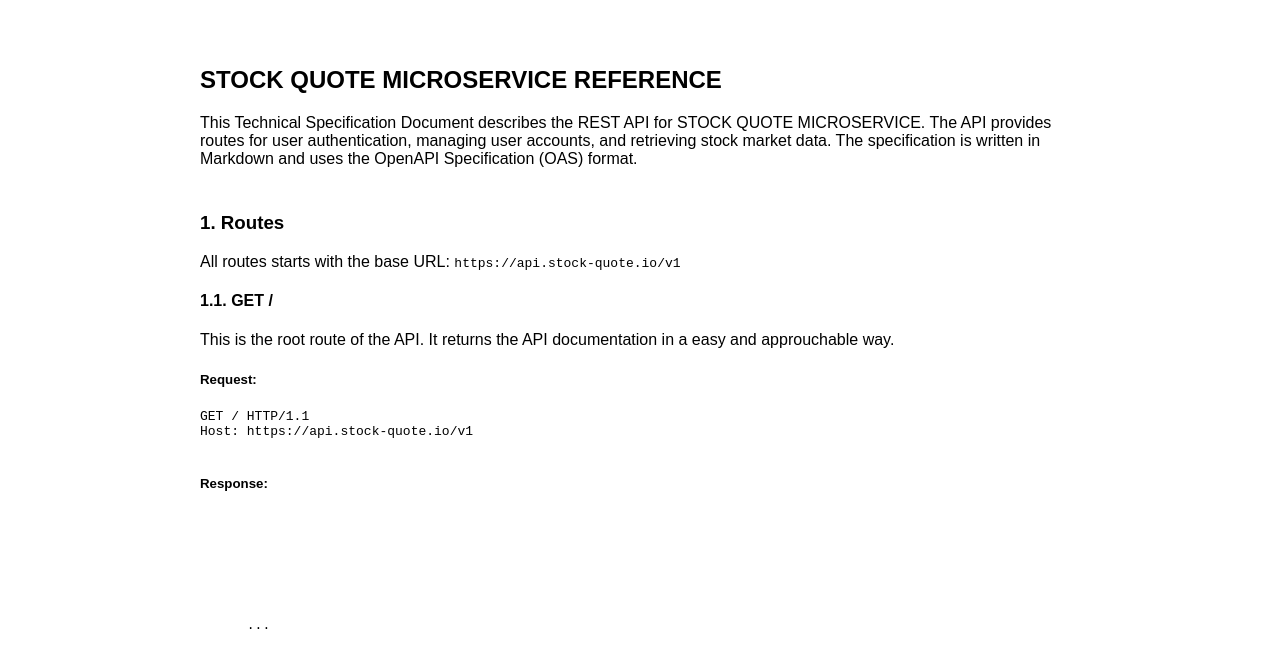
Repository: miguelamello/nest-js
Page: stock-service/reference.html
These files come from the project's save history. The page is drawn as it stood at one moment and after the next save; the edit follows.
The browser window is 1280 px wide. The pictures show the whole page.

Above is the page before, as saved 2023-04-03 13:34:56.

### stock-service/reference.html
<!DOCTYPE html>
<html lang="en">
<head>
  <meta charset="UTF-8">
  <meta http-equiv="X-UA-Compatible" content="IE=edge">
  <meta name="viewport" content="width=device-width, initial-scale=1.0">
  <title>STOCK QUOTE MICROSERVICE</title>
  <style>
    body {
      font-family: Arial, Helvetica, sans-serif;
      padding: 3% 15%;
    }
    h3 {
      margin-top: 5%;
    }
    pre {
      margin: 0;
      overflow: auto;
    }
  </style>
</head>
<body>
  <h2>STOCK QUOTE MICROSERVICE REFERENCE</h2>
  <p>
    This Technical Specification Document describes the REST API for STOCK QUOTE MICROSERVICE.
    The API provides routes for user authentication, managing user accounts, and retrieving stock market data.
    The specification is written in Markdown and uses the OpenAPI Specification (OAS) format.
  </p>

  <p>
    <h3>1. Routes</h3>
    <p>
      All routes starts with the base URL: <code>https://api.stock-quote.io/v1</code>
    </p>
  </p>

  <p>
    <h4>1.1. GET /</h4>
    This is the root route of the API. It returns the API documentation in a easy and approuchable way.
  </p>
  <h5>Request:</h5>
  <pre>
GET / HTTP/1.1
Host: https://api.stock-quote.io/v1
  </pre>

  <h5>Response:</h5>

  <pre>
<!DOCTYPE html>
  <html lang="en">
    <head>
      <meta charset="UTF-8">
      <meta http-equiv="X-UA-Compatible" content="IE=edge">
      <meta name="viewport" content="width=device-width, initial-scale=1.0">
      <title>STOCK QUOTE MICROSERVICE</title>
      ...
  </pre>

  <p>

  </p>

</body>
</html>

After the next save:
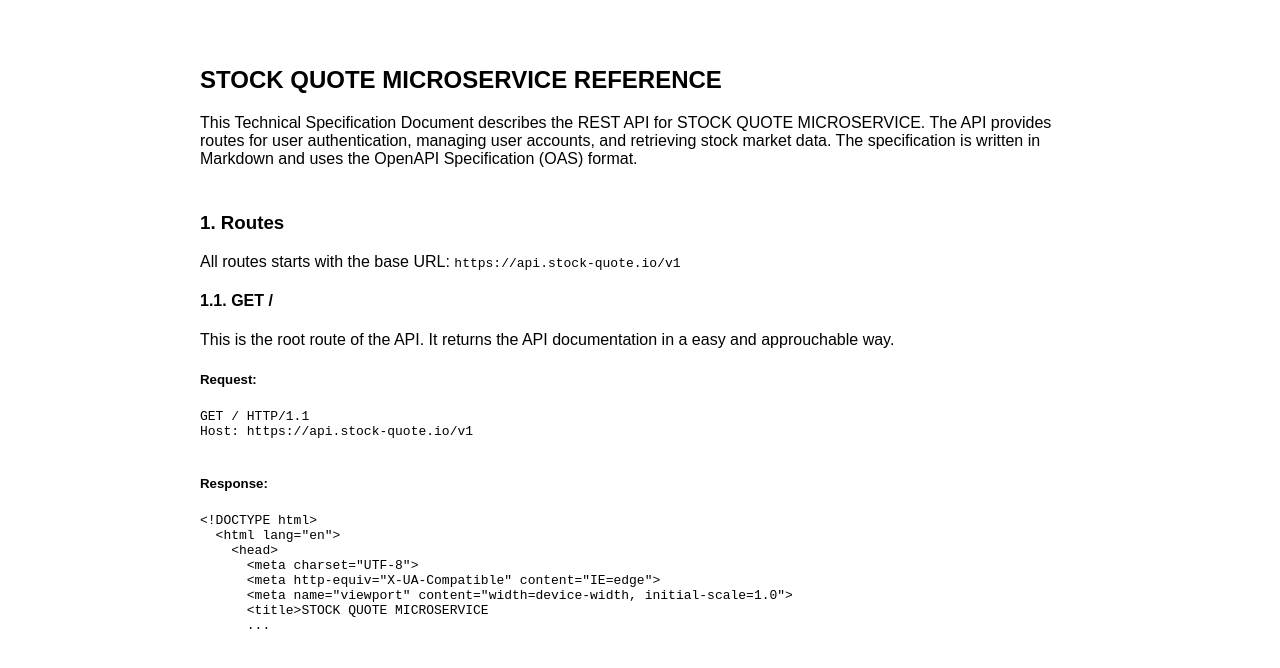
Saved 9 s later.
--- a/stock-service/reference.html
+++ b/stock-service/reference.html
@@ -47,13 +47,13 @@ Host: https://api.stock-quote.io/v1
   <h5>Response:</h5>
 
   <pre>
-<!DOCTYPE html>
-  <html lang="en">
-    <head>
-      <meta charset="UTF-8">
-      <meta http-equiv="X-UA-Compatible" content="IE=edge">
-      <meta name="viewport" content="width=device-width, initial-scale=1.0">
-      <title>STOCK QUOTE MICROSERVICE</title>
+&lt;!DOCTYPE html>
+  &lt;html lang="en">
+    &lt;head>
+      &lt;meta charset="UTF-8">
+      &lt;meta http-equiv="X-UA-Compatible" content="IE=edge">
+      &lt;meta name="viewport" content="width=device-width, initial-scale=1.0">
+      &lt;title>STOCK QUOTE MICROSERVICE</title>
       ...
   </pre>
 
